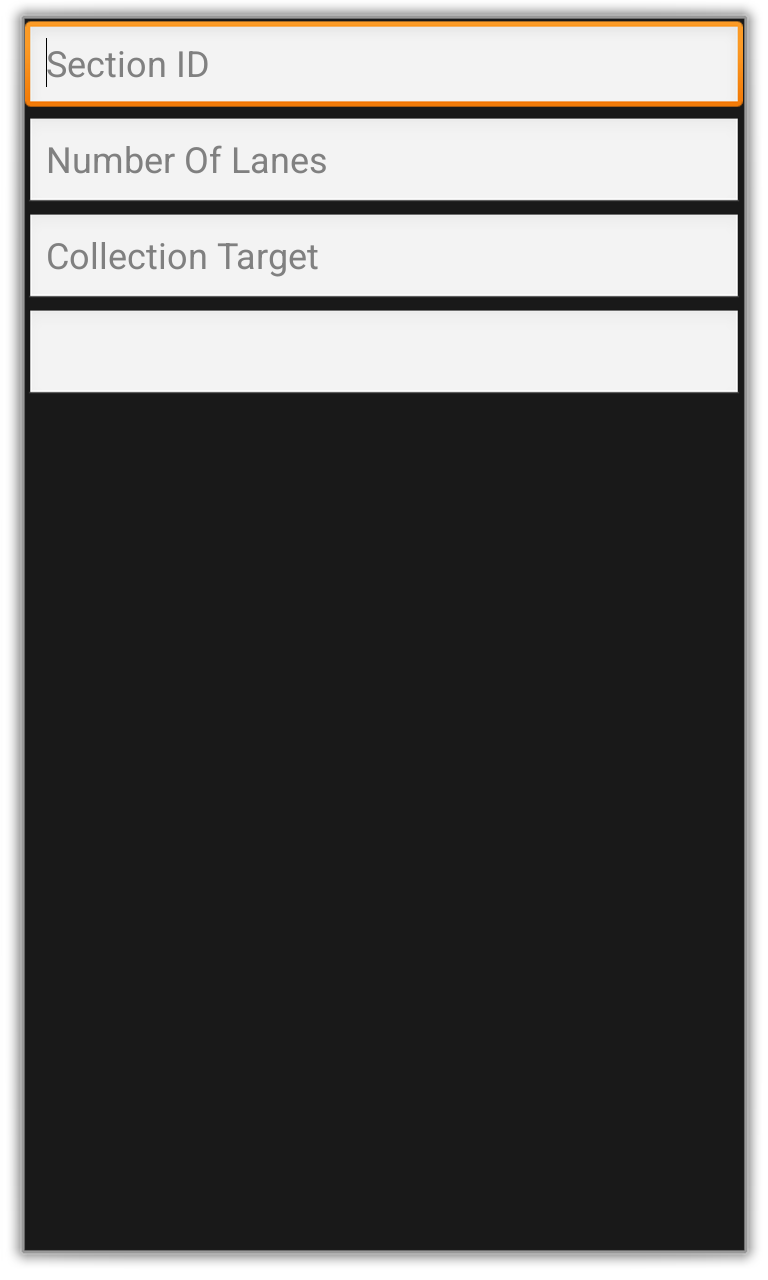
Repository: greatrakshit/Personal
Layout: POIRecorder/res/layout/activity_toll_booth.xml
An editor plug-in stored every save of this project. The layout is shown before and after the next save, followed by the edit.
It is drawn on a 768 x 1280 px phone screen (xhdpi) without system bars, with theme android:Theme.Dialog; the app's code is not run.

Above is the layout before, as saved 2014-09-14 12:58:58.

After the next save:
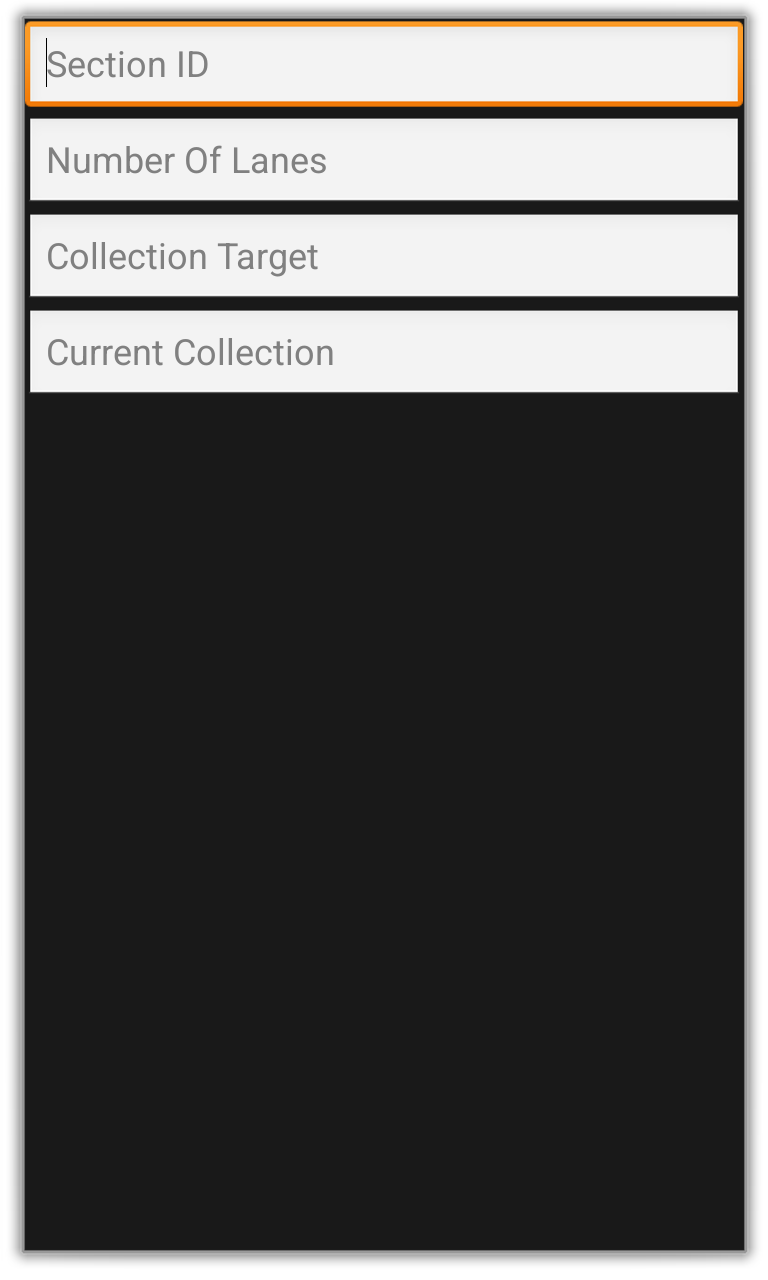
Saved 13 s later.
--- a/POIRecorder/res/layout/activity_toll_booth.xml
+++ b/POIRecorder/res/layout/activity_toll_booth.xml
@@ -34,6 +34,7 @@
         android:layout_width="match_parent"
         android:layout_height="wrap_content"
         android:ems="10"
+        android:hint="@string/attribute_tollbooth_currentCollection"
         android:inputType="number" />
 
 </LinearLayout>
